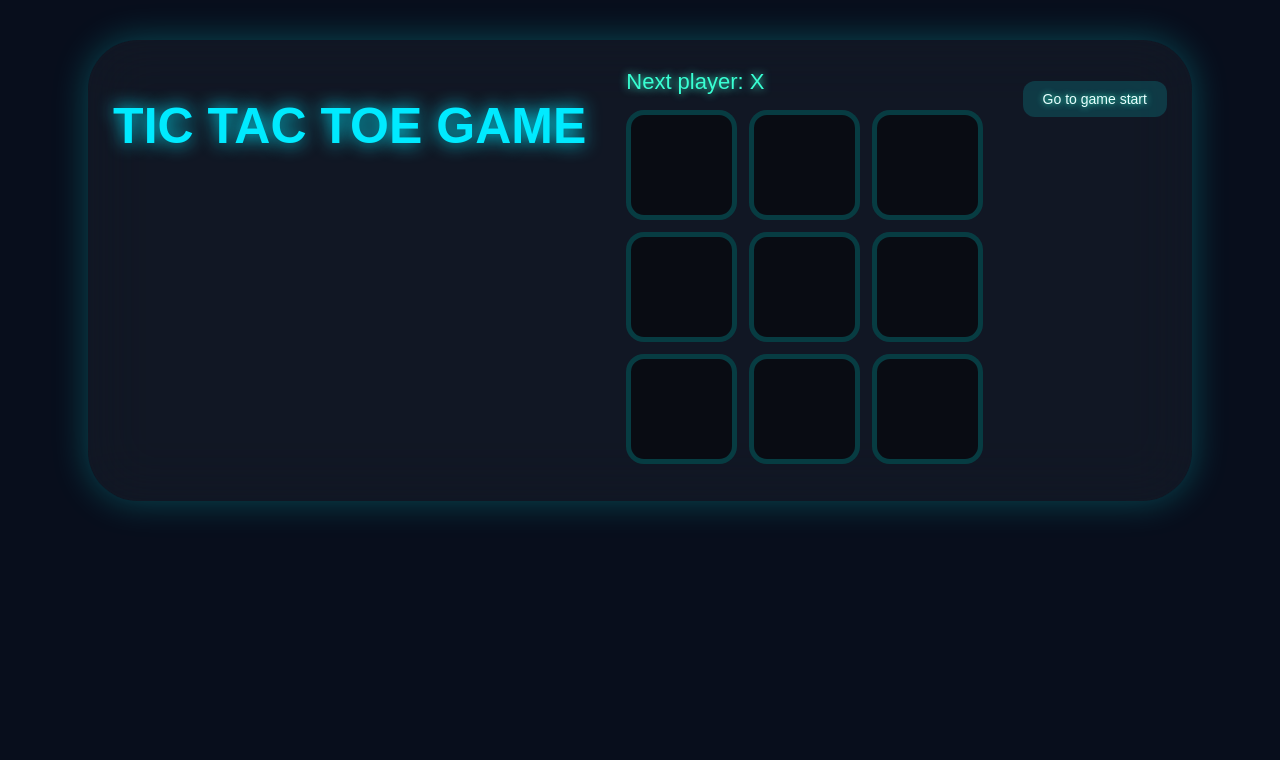
Repository: sofia123776/TIC-TAC-TOE
Page: /
An editor plug-in stored every save of this project. The page is shown before and after the next save, followed by the edit.
The browser window is 1280 px wide. The pictures show the whole page.
The project was rebuilt for these pictures with package versions that can differ from the ones it lists, and the page was loaded fresh each time. Also part of the build but not shown: vite.config.js.

Above is the page before, as saved 2025-11-30 13:48:42.

### src/index.css
:root {
  font-family: system-ui, Avenir, Helvetica, Arial, sans-serif;
  line-height: 1.5;
  font-weight: 400;

  color-scheme: light dark;
  color: rgba(255, 255, 255, 0.87);
  background-color: whitesmoke;

  font-synthesis: none;
  text-rendering: optimizeLegibility;
  -webkit-font-smoothing: antialiased;
  -moz-osx-font-smoothing: grayscale;
}

a {
  font-weight: 500;
  color: #646cff;
  text-decoration: inherit;
}
a:hover {
  color: #535bf2;
}

body {
  margin: 0;
  display: flex;
  place-items: center;
  min-width: 320px;
  min-height: 100vh;
}

h1 {
  font-size: 3.2em;
  line-height: 1.1;
}

button {
  border-radius: 1px;
  border:8px  solid transparent;
  padding: 0.6em 1.2em;
  font-size: 1em;
  font-weight: 500;
  font-family: inherit;
  background-color: #1a1a1a;
  cursor: pointer;
  transition: border-color 0.25s;
}
button:hover {
  border-color: #646cff;
}
button:focus,
button:focus-visible {
  outline: 4px auto -webkit-focus-ring-color;
}

@media (prefers-color-scheme: light) {
  :root {
    color: #213547;
    background-color: #ffffff;
  }
  a:hover {
    color: #747bff;
  }
  button {
    background-color: #f9f9f9;
  }
}

### src/App.jsx
import { useState } from 'react'
import reactLogo from './assets/react.svg'
import viteLogo from '/vite.svg'
import './App.css'

function Square({value, onSquareClick, highlight}){


  return(
   <button
      className={`square ${highlight ? "highlight" : ""}`}
      onClick={onSquareClick}
    >
      {value}
    </button>
  );

}

function Board({xIsNext, squares, onPlay}) {

  function Handleclick(i){

    if ( Calculatewinner(squares) || squares[i]) {
    return;
  }

    const nextSquares = squares.slice()
    if (xIsNext){
    nextSquares[i] = "X"
    }else{
      nextSquares[i] = "O"
    }
    onPlay(nextSquares);
  }
    const winner = Calculatewinner(squares);
    const winningLine = Calculatewinner(squares, true);

  let status;
  if (winner) {
    status = "Winner: " + winner;
  } else {
    status = "Next player: " + (xIsNext ? "X" : "O");
  }

  return (
    <>

    <div className="status">{status}</div>
  <div className='board-row'>
  <Square value = {squares[0]} onSquareClick={() =>Handleclick(0)} highlight={winningLine?.includes(0)}/>
  <Square value = {squares[1]} onSquareClick={() =>Handleclick(1)} highlight={winningLine?.includes(1)}/>
  <Square value = {squares[2]} onSquareClick={() =>Handleclick(2)} highlight={winningLine?.includes(2)}/>

  </div>

  <div className='board-row'>
  <Square value = {squares[3]} onSquareClick={() =>Handleclick(3)} highlight={winningLine?.includes(3)}/>
  <Square value = {squares[4]} onSquareClick={() =>Handleclick(4)} highlight={winningLine?.includes(4)}/>
  <Square value = {squares[5]} onSquareClick={() =>Handleclick(5)} highlight={winningLine?.includes(5)}/>

  </div>
  <div className='board-row'>
  <Square value = {squares[6]} onSquareClick={() =>Handleclick(6)} highlight={winningLine?.includes(6)}/>
  <Square value = {squares[7]} onSquareClick={() =>Handleclick(7)} highlight={winningLine?.includes(7)}/>
  <Square value = {squares[8]} onSquareClick={() =>Handleclick(8)} highlight={winningLine?.includes(8)}/>

  </div>

  </>
  );
}

export default function Game() {
  const [history, setHistory] = useState([Array(9).fill(null)]);
  const [currentMove, setCurrentMove] = useState(0);
  const xIsNext = currentMove % 2 === 0;
  const currentSquares = history[currentMove];

  function handlePlay(nextSquares) {
    const nextHistory = [...history.slice(0, currentMove + 1), nextSquares];
    setHistory(nextHistory);
    setCurrentMove(nextHistory.length - 1);
  }

  function jumpTo(nextMove) {
    setCurrentMove(nextMove);
  }

  const moves = history.map((squares, move) => {
    let description;
    if (move > 0) {
      description = 'Go to move #' + move;
    } else {
      description = 'Go to game start';
    }
    return (
      <li key={move}>
        <button onClick={() => jumpTo(move)}>{description}</button>
      </li>
    );
  });

  return (
    <div className="game">
    <h1>TIC TAC TOE GAME</h1>
      <div className="game-board">
        <Board xIsNext={xIsNext} squares={currentSquares} onPlay={handlePlay} />
      </div>
      <div className="game-info">
        <ol>{moves}</ol>
      </div>
    </div>
  );
}

function Calculatewinner(squares, returnLine = false){
  const lines = [
  [0, 1, 2],
  [3, 4, 5],
  [6, 7, 8],
  [0, 3, 6],
  [1, 4, 7],
  [2, 5, 8],
  [0, 4, 8],
  [2, 4, 6],

  ];

  for (let i = 0; i < lines.length; i++) {
    const [a, b, c] = lines[i];
    if (squares[a] && squares[a] === squares[b] && squares[a] === squares[c]) {
      return returnLine ? lines : squares[a];
    }
  }
  return returnLine ? null : null;
}

### src/App.css
/* Full background */
body {
  background: #080e1c;
  margin: 0;
  font-family: "Poppins", sans-serif;
  color: #e8faff;
  display: flex;
  justify-content: center;
  align-items: flex-start;
  padding-top: 40px;
}

/* Game Title */
h1 {
  text-align: center;
  font-size: 50px;
  font-weight: 700;
  margin-bottom: 25px;
  text-shadow: 0 0 18px #00eaff;
  color: #00eaff;
}

/* Outer game container */
.game {
  display: flex;
  gap: 40px;
  padding: 25px;
  border-radius: 50px;
  background: rgba(255,255,255,0.04);
  box-shadow: 0 0 35px rgba(0, 255, 255, 0.25);
  backdrop-filter: blur(30px);
}

/* Board container */
.game-board {
  display: flex;
  flex-direction: column;
}

/* Status text */
.status {
  font-size: 22px;
  margin-bottom: 12px;
  color: #39ffd3;
  text-shadow: 0 0 8px #39ffd3;
}

/* Board row layout */
.board-row {
  display: flex;
  gap: 12px;
  margin-bottom: 12px;
}

/* Square button */
.square {
  width: 110px !important;
  height: 110px !important;
  font-size: 42px !important;
  font-weight: bold;
  color: #00eaff;
  background: rgba(0, 0, 0, 0.45);
  border: 5px solid rgba(0, 255, 255, 0.2);
  border-radius: 18px;
  cursor: pointer;
  transition: 0.25s ease-in-out, transform 0.15s;
  text-shadow: 0 0 12px #00eaff;
}

.square:hover {
  transform: scale(1.07);
  background: rgba(0, 255, 255, 0.15);
  box-shadow: 0 0 18px #00eaff;
}

/* X and O color override */
.square:contains("X"), .square.X {
  color: #ff3c89;
  text-shadow: 0 0 12px #ff3c89;
}

.square:contains("O"), .square.O {
  color: #3cfffb;
  text-shadow: 0 0 12px #3cfffb;
}

/* Moves list */
.game-info ol {
  list-style: none;
  padding: 0;
}

.game-info button {
  padding: 10px 20px;
  border-radius: 12px;
  margin-bottom: 10px;
  border: none;
  cursor: pointer;
  background: rgba(0, 255, 255, 0.15);
  color: #e8ffff;
  font-size: 14px;
  text-shadow: 0 0 6px #39ffd3;
  transition: 0.2s ease;
}

.game-info button:hover {
  background: #39ffd3;
  color: #001010;
  box-shadow: 0 0 18px #39ffd3;
  transform: scale(1.05);
}

.highlight {
  animation: winPulse 1s infinite ease-in-out;
  background: rgba(0, 255, 150, 0.25) !important;
  box-shadow: 0 0 25px #00ffb3;
  border: 2px solid #00ff9d !important;
}

@keyframes winPulse {
  0% {
    transform: scale(1);
    box-shadow: 0 0 12px #00ffb3;
  }
  50% {
    transform: scale(1.12);
    box-shadow: 0 0 12px #00ffb3;
  }
  100% {
    transform: scale(1);
    box-shadow: 0 0 12px #00ffb3;
  }
}

Loaded but not shown: index.html (common file); src/main.jsx (common file)

After the next save:
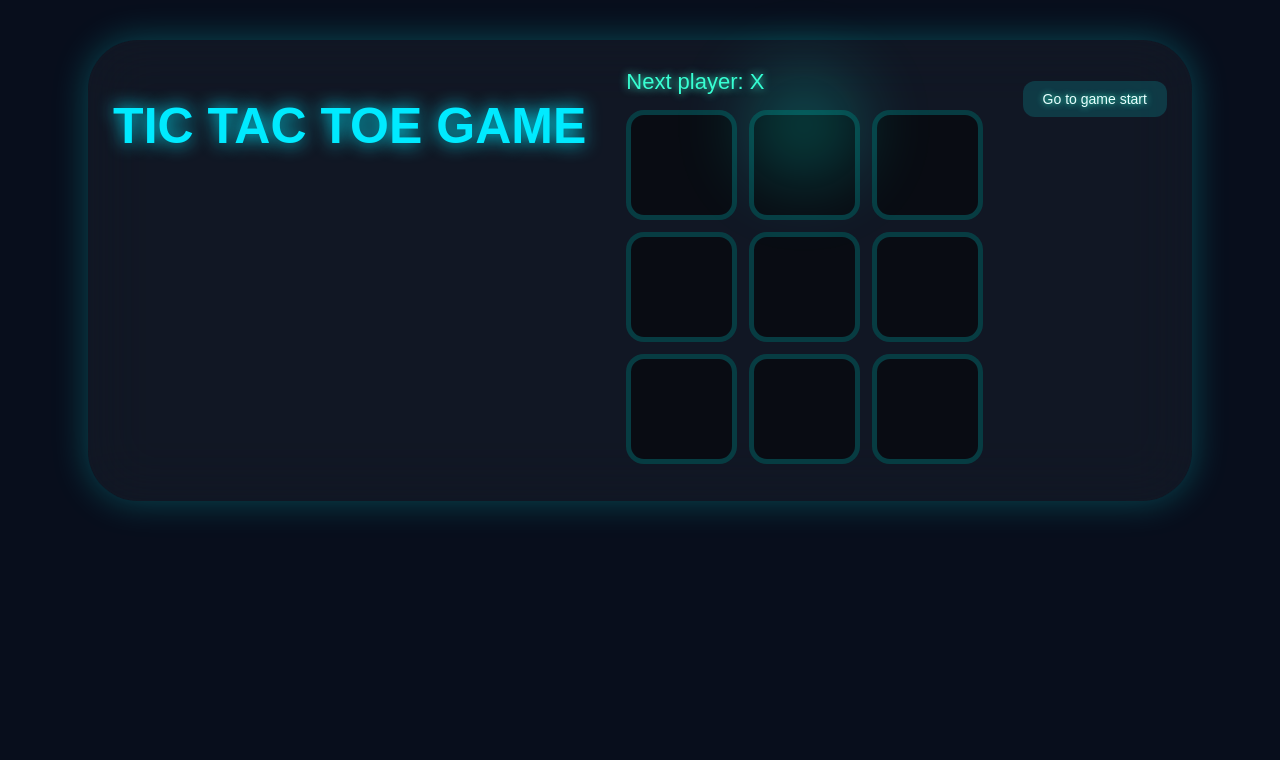
Saved 116 s later.
--- a/src/App.css
+++ b/src/App.css
@@ -131,3 +131,50 @@ h1 {
     box-shadow: 0 0 12px #00ffb3;
   }
 }
+
+.status {
+  position: relative;
+  z-index: 2;
+}
+
+.status.winner {
+  animation: glowWinner 1.5s infinite ease-in-out;
+  color: #00ffea;
+  text-shadow: 0 0 22px #00ffea;
+}
+
+@keyframes glowWinner {
+  0% { text-shadow: 0 0 10px #00ffe0; }
+  50% { text-shadow: 0 0 30px #00ffe0; }
+  100% { text-shadow: 0 0 10px #00ffe0; }
+}
+
+/* firework particles */
+.status::after {
+  content: "";
+  position: absolute;
+  top: -20px;
+  left: 50%;
+  transform: translateX(-50%);
+  width: 160px;
+  height: 160px;
+  background: radial-gradient(circle, #00ffe0 0%, transparent 60%);
+  opacity: 0.3;
+  filter: blur(30px);
+  animation: fireworks 1.5s infinite ease-in-out;
+}
+
+@keyframes fireworks {
+  0% {
+    transform: translateX(-50%) scale(0.7);
+    opacity: 0.1;
+  }
+  50% {
+    transform: translateX(-50%) scale(1.3);
+    opacity: 0.4;
+  }
+  100% {
+    transform: translateX(-50%) scale(0.7);
+    opacity: 0.1;
+  }
+}
